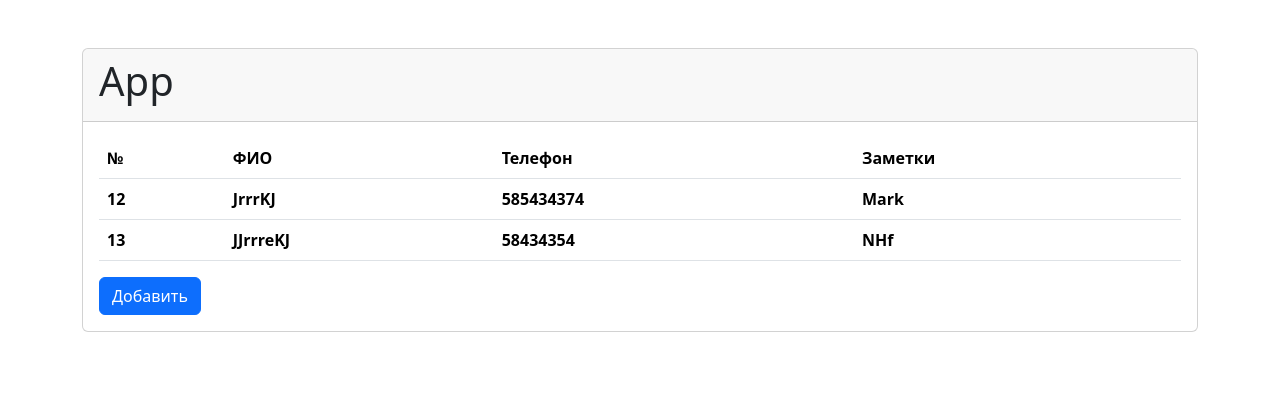
Repository: tatacheba/appstepikjavareact
Page: / (app in client/)
An editor plug-in stored every save of this project. The page is shown before and after the next save, followed by the edit.
The browser window is 1280 px wide. The pictures show the whole page.
The project was rebuilt for these pictures with package versions that can differ from the ones it lists, and the page was loaded fresh each time. Also part of the build but not shown: client/src/App.css.

Above is the page before, as saved 2024-11-27 14:33:27.

After the next save:
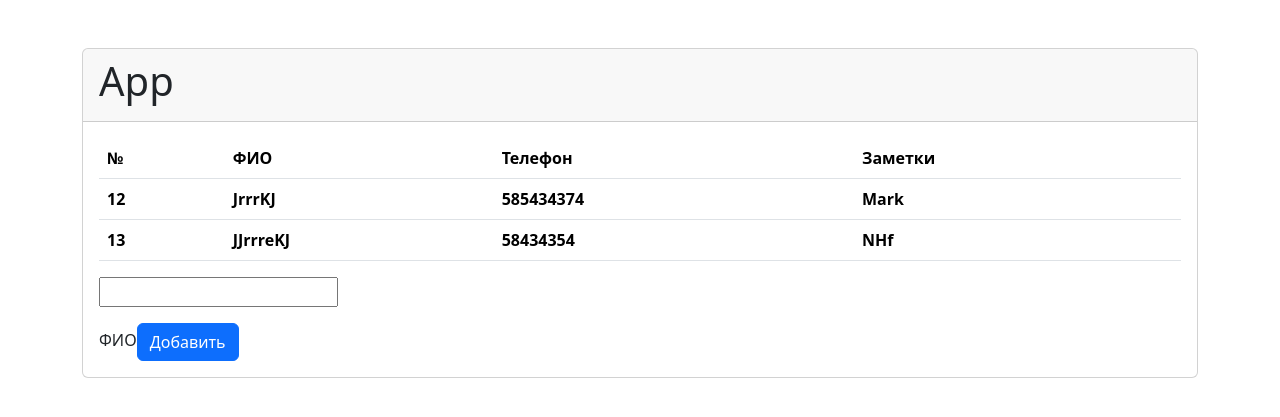
Saved 43 s later.
--- a/client/src/layouts/formNewItem/FormNewItem.js
+++ b/client/src/layouts/formNewItem/FormNewItem.js
@@ -3,6 +3,10 @@ import React from "react";
 function FormNewItem(props) {
     return (
         <form action="">
+            <div className="mb-3">
+                <input type="text" />
+            </div>
+            <label className="form-label">ФИО</label>
             <button
                 className="btn btn-primary"
                 onClick={props.appendContact}
